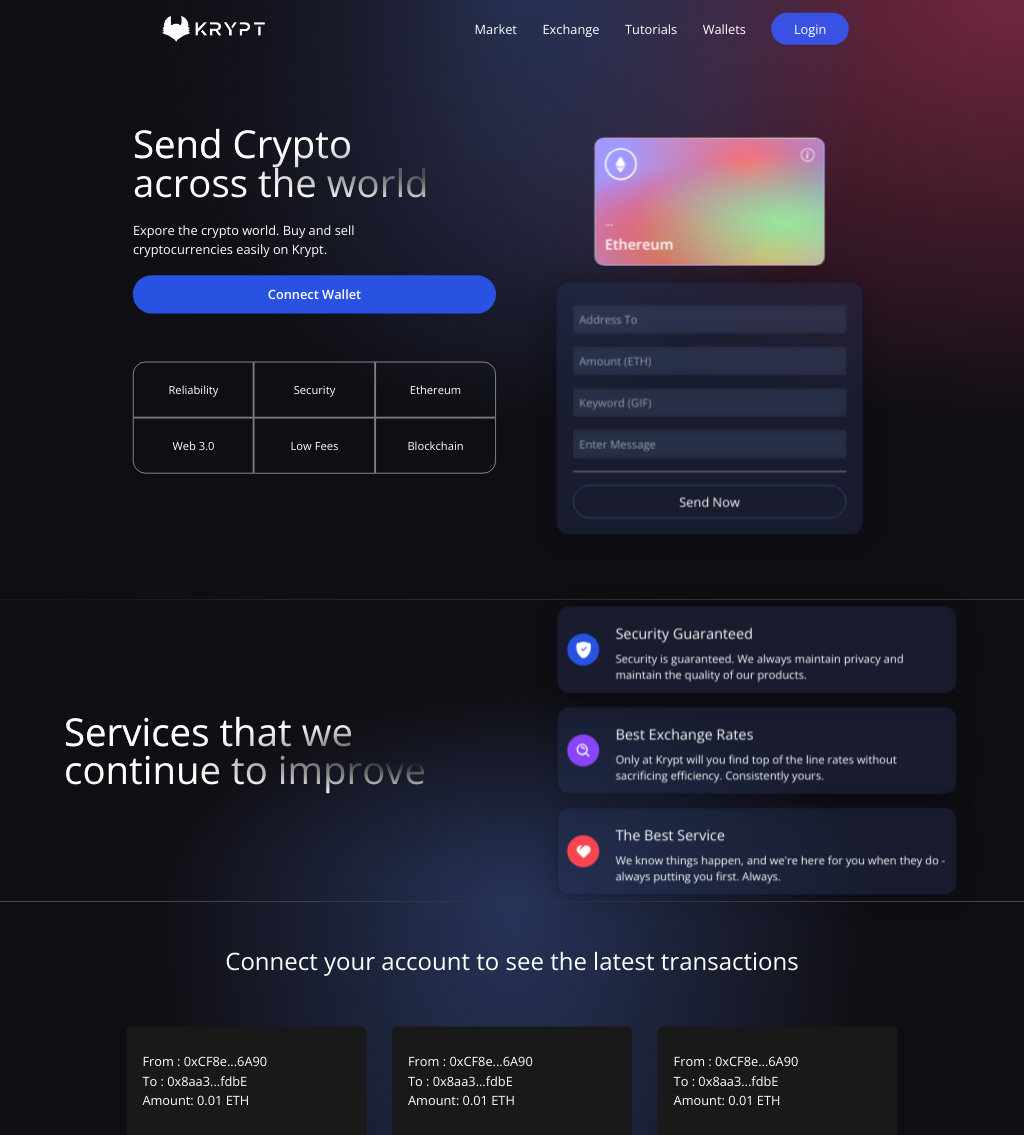
Repository: stephan-chiorean/krypt
Page: / (app in client/)
The author's editor kept a copy of each file at every save. The page is drawn from the files as they stood at one save, then again after the next save.
The browser window is 1280 px wide. The pictures show the part of the page from y = 0 to 1419 px (the page is 2400 px tall), at 80% of full size.
Pictures or frames that could not be fetched are drawn as grey boxes. The project was rebuilt for these pictures with package versions that can differ from the ones it lists, and the page was loaded fresh each time. Also part of the build but not shown: client/vite.config.js, client/src/components/Loader.jsx.

Above is the page before, as saved 2023-03-29 21:35:48.

### client/src/main.jsx
import React from 'react'
import ReactDOM from 'react-dom/client'
import App from './App'
import {TransactionProvider} from './context/TransactionContext';
import './index.css'

ReactDOM.createRoot(document.getElementById('root')).render(
  <TransactionProvider>
  <React.StrictMode>
    <App />
  </React.StrictMode>
  </TransactionProvider>,
)

### client/src/App.jsx
import {Navbar, Welcome, Footer, Services, Transactions} from './components';

const App = () => {

  return (
    <div className="min-h-screen">
      <div className="gradient-bg-welcome">
        <Navbar/>
        <Welcome/>
      </div>
      <Services/>
      <Transactions/>
      <Footer/>
    </div>
  )
}

export default App

### client/src/context/TransactionContext.jsx
import React, { useState, useEffect } from 'react';
import * as ethers from 'ethers';
import { contractABI, contractAddress } from '../utils/constants';
import toast from 'react-hot-toast';

export const TransactionContext = React.createContext();

const { ethereum } = window;

const getEthereumContract = () => {
    console.log(ethers)
  const provider = new ethers.providers.Web3Provider(ethereum);
  const signer = provider.getSigner();
  const transactionContract = new ethers.Contract(
    contractAddress,
    contractABI,
    signer
  );

  return transactionContract;

//   console.log({
//     provider,
//     signer,
//     transactionContract,
//   });
};

export const TransactionProvider = ({ children }) => {
  const [connectedAccount, setConnectedAccount] = useState('');
  const [formData, setFormData] = useState({ addressTo: '', amount: 0, keyword: '', message: ''});
  const [isLoading, setIsLoading] = useState(false);
  const [transactionCount, setTransactionCount] = useState(localStorage.getItem('transactionCount'));

  const handleChange = (e, name) => {
    setFormData((prevState) => ({...prevState, [name]: e.target.value}));
  }

  const checkIfWalletIsConnected = async () => {
    try {
      if (!ethereum) return alert('Please install metamask');

      const accounts = await ethereum.request({ method: 'eth_accounts' });
      if (accounts.length) {
        setConnectedAccount(accounts[0]);
      } else {
        console.log('No accounts found');
      }
      console.log(accounts);
    } catch (err) {
      console.error(err);
      throw new Error('No ethereum object');
    }
  };
  const disconnectWallet = async () => {
    setConnectedAccount('')
    console.log('DISCONNECTED');
    window.location.reload();
  }

  const connectWallet = async () => {
    try {
      if (!ethereum) return alert('Please install metamask');

      // Display loading toast
      const loadingToast = toast.loading('Connecting...');

      const accounts = await ethereum.request({
        method: 'eth_requestAccounts',
      });

      setConnectedAccount(accounts[0]);
      console.log('CONNECTED', connectedAccount);

      // Dismiss loading toast and show a success toast
      toast.dismiss(loadingToast);
      toast.success('Connected successfully');
    } catch (err) {
      console.error(err);
      // Dismiss loading toast and show an error toast
      toast.dismiss(loadingToast);
      toast.error('Error connecting to wallet');
      throw new Error('No ethereum object.');
    }
  };


  const sendTransaction = async() => {
    try {
        if(!ethereum) return alert("Please install metamask");
        const {addressTo, amount, keyword, message} = formData;
        const transactionContract = getEthereumContract();
        const parsedAmount = ethers.utils.parseEther(amount);

        await ethereum.request({
            method: 'eth_sendTransaction',
            params: [{
                from: connectedAccount,
                to: addressTo,
                gas: '0x5208', //21000 gwei
                value: parsedAmount._hex,
            }]
        })

        const transactionHash = await transactionContract.addToBlockchain(addressTo, parsedAmount, message, keyword);
        setIsLoading(true);
        console.log(`Loading - ${transactionHash.hash}`);
        await transactionHash.wait();
        setIsLoading(false);
        console.log(`Success - ${transactionHash.hash}`)

        const transactionCount = await transactionContract.getTransactionCount();
        setTransactionCount(transactionCount.toNumber())


    } catch(err) {
        console.error(err);
    }
  }

  useEffect(() => {
    // checkIfWalletIsConnected();
    console.log("PRINT WHEN LOAD", connectedAccount)
  }, [connectedAccount]);
  return (
    <TransactionContext.Provider value={{ connectWallet, connectedAccount, formData, setFormData, handleChange, sendTransaction, disconnectWallet }}>
      {children}
    </TransactionContext.Provider>
  );
};

### client/src/components/index.js
export {default as Loader} from './Loader';
export {default as Navbar} from './Navbar';
export {default as Footer} from './Footer';
export {default as Welcome} from './Welcome';
export {default as Transactions} from './Transactions';
export {default as Services} from './Services';

### client/src/utils/constants.js
import abi from './Transactions.json';

export const contractABI = abi.abi;
export const contractAddress = '0x48d319b761e733246BF575C86d399bB8EDdA6dEf';

### client/src/components/Navbar.jsx
import { HiMenuAlt4 } from 'react-icons/hi';
import { AiOutlineClose } from 'react-icons/ai';
import { useState } from 'react';
import { useContext } from 'react';
import logo from '../../images/logo.png';
import { TransactionContext } from '../context/TransactionContext';

const NavbarItem = ({ title, classProps }) => {
  return <li className={`mx-4 cursor-pointer ${classProps}`}>{title}</li>;
};
export default () => {
  const [toggleMenu, setToggleMenu] = useState(false);
  const {disconnectWallet, connectedAccount} = useContext(TransactionContext);
  return (
    <nav className='w-full flex md:justify-center justify-between items-center p-4'>
      <div className='md:flex-[0.5] flex-initial justify-center items-center'>
        <img src={logo} alt='logo' className='w-32 cursor-pointer' />
      </div>
      <ul className='text-white md:flex hidden list-none flex-row justify-between items-center flex-initial'>
        {['Market', 'Exchange', 'Tutorials', 'Wallets'].map((item, index) => (
          <NavbarItem key={item + index} title={item} />
        ))}
        <li onClick={disconnectWallet} className='bg-[#3952e3] py-2 px-7 mx-4 rounded-full cursor-pointer hover:bg-[#2546bd]'>
          {connectedAccount ? "Sign Out" : "Login"}
        </li>
      </ul>
      <div className='flex relative'>
        {toggleMenu ? (
          <AiOutlineClose
            fontSize={28}
            className='text-white md:hidden cursor-pointer'
            onClick={() => setToggleMenu(false)}
          />
        ) : (
          <HiMenuAlt4
            fontSize={28}
            className='text-white md:hidden cursor-pointer'
            onClick={() => setToggleMenu(true)}
          />
        )}
        {toggleMenu && (
          <ul className="z-10 fixed top-0 -right-2 p-3 w-[70vw] h-screen shadow-2xl md:hidden list-none flex flex-col justify-start items-end rounded-md blue-glassmorphism text-white animate-slide-in">
            <li className='text-xl w-full my-2'>
              <AiOutlineClose onClick={() => setToggleMenu(false)} className="cursor-pointer"/>
            </li>
            {['Market', 'Exchange', 'Tutorials', 'Wallets'].map(
              (item, index) => (
                <NavbarItem key={item + index} title={item} classProps="my-2 text-lg"/>
              )
            )}
          </ul>
        )}
      </div>
    </nav>
  );
};

### client/src/components/Footer.jsx
import React from 'react'
import logo from '../../images/logo.png';

export default() => {
  return (
    <div className="w-full flex md:justify-center justify-between items-center flex-col p-4 gradient-bg-footer">
      <div className="w-full flex sm:flex-row flex-col justify-between items-center my-4">
        <div className="flex flex-[0.5] justify-center items-center">
          <img src={logo} alt="logo" className="w-32"/>
        </div>
        <div className="flex flex-1 justify-evenly items-center flex-wrap sm:mt-0 mt-5 w-full">
          <p className="text-white text-base text-center mx-2 cursor-pointer">Market</p>
          <p className="text-white text-base text-center mx-2 cursor-pointer">Exchange</p>
          <p className="text-white text-base text-center mx-2 cursor-pointer">Tutorials</p>
          <p className="text-white text-base text-center mx-2 cursor-pointer">Wallets</p>

        </div>

      </div>
      <div className="flex justify-center items-center flex-col mt-5">
        <p className="text-white text-sm text-center">Built By</p>
        <p className="text-white text-sm text-center font-semibold">Stevie Productions</p>
      </div>

    </div>
  )
}

### client/src/components/Welcome.jsx
import { AiFillPlayCircle } from 'react-icons/ai';
import { SiEthereum } from 'react-icons/si';
import { BsInfoCircle } from 'react-icons/bs';
import { TransactionContext } from '../context/TransactionContext';
import React, { useContext } from 'react';
import { Loader } from './';
import {Toaster} from 'react-hot-toast';
import { shortenAddress } from '../utils/shortenAddress';
const commonStyles =
  'min-h-[70px] sm:px-0 px-2 sm:min-w-[120px] flex justify-center items-center border-[0.5px] border-gray-400 text-sm font-light text-white';

const Input = ({ placeholder, name, type, value, handleChange }) => (
  <input
    placeholder={placeholder}
    type={type}
    step='0.0001'
    value={value}
    onChange={(e) => handleChange(e, name)}
    className='my-2 w-full rounded-sm p-2 outline-none text-white border-none text-sm white-glassmorphism'
  />
);
export default () => {
  const {
    connectWallet,
    connectedAccount,
    formData,
    sendTransaction,
    handleChange,
    disconnectWallet,
  } = useContext(TransactionContext);
  const handleSubmit = (e) => {
    const { addressTo, amount, keyword, message } = formData;
    e.preventDefault();

    if (!addressTo || !amount || !keyword || !message) return;
    sendTransaction();
  };
  return (
    <div className='flex w-full justify-center items-center'>
      <Toaster/>
      <div className='flex md:flex-row flex-col items-start justify-between md:p-20 py-12 px-4'>
        <div className='flex flex-1 justify-start flex-col md:mr-10'>
          <h1 className='text-3xl sm:text-5xl text-white text-gradient py-1'>
            Send Crypto <br /> across the world
          </h1>
          <p className='text-left mt-5 text-white font-light md:w-9/12 w-11/12 text-base'>
            Expore the crypto world. Buy and sell cryptocurrencies easily on
            Krypt.
          </p>
          {!connectedAccount && (
            <button
              type='button'
              onClick={connectWallet}
              className='flex flex-row justify-center items-center my-5 bg-[#2952e3] p-3 rounded-full cursor-pointer hover:bg-[#2546bd]'
            >
              <p className='text-white text-base font-semibold'>
                Connect Wallet
              </p>
            </button>
          )}

          <div className='grid sm:grid-cols-3 grid-cols-2 w-full mt-10'>
            <div className={`rounded-tl-2xl ${commonStyles}`}>Reliability</div>
            <div className={commonStyles}>Security</div>
            <div className={`sm:rounded-tr-2xl ${commonStyles}`}>Ethereum</div>
            <div className={`sm:rounded-bl-2xl ${commonStyles}`}>Web 3.0</div>
            <div className={commonStyles}>Low Fees</div>
            <div className={`rounded-br-2xl ${commonStyles}`}>Blockchain</div>
          </div>
        </div>

        <div className='flex flex-col flex-1 items-center justify-start w-full md:mt-0 mt-10'>
          <div className='p-3 justify-end items-start flex-col rounded-xl h-40 sm:w-72 w-full my-5 eth-card white-glassmorphism'>
            <div className='flex justify-between flex-col w-full h-full'>
              <div className='flex justify-between items-start'>
                <div className='w-10 h-10 rounded-full border-2 border-white flex justify-center items-center'>
                  <SiEthereum fontSize={21} color='#fff' />
                </div>
                <BsInfoCircle fontSize={17} color='#fff' />
              </div>
              <div>
                <p className='text-white font-light text-sm'>
                  {shortenAddress(connectedAccount)}
                </p>
                <p className='text-white font-semibold text-lg mt-1'>
                  Ethereum
                </p>
              </div>
            </div>
          </div>

          <div className='p-5 sm:w-96 w-full flex flex-col justify-start items-center blue-glassmorphism'>
            <Input
              placeholder='Address To'
              name='addressTo'
              type='text'
              handleChange={handleChange}
            />
            <Input
              placeholder='Amount (ETH)'
              name='amount'
              type='number'
              handleChange={handleChange}
            />
            <Input
              placeholder='Keyword (GIF)'
              name='keyword'
              type='text'
              handleChange={handleChange}
            />
            <Input
              placeholder='Enter Message'
              name='message'
              type='text'
              handleChange={handleChange}
            />
            <div className='h-[1px] w-full bg-gray-400 my-2' />
            {false ? (
              <Loader />
            ) : (
              <button
                type='submit'
                onClick={handleSubmit}
                className='text-white w-full mt-2 border-[1px] p-2 border-[#3d4f7c] rounded-full cursor-pointer'
              >
                Send Now
              </button>
            )}
          </div>
        </div>
      </div>
    </div>
  );
};

### client/src/components/Transactions.jsx
import React from 'react';
import { useContext } from 'react';
import { TransactionContext } from '../context/TransactionContext';
import dummyData from '../utils/dummyData';
import { shortenAddress } from '../utils/shortenAddress';
import useFetch from '../hooks/useFetch';

const TransactionCard = ({
  addressTo,
  addressFrom,
  timestamp,
  message,
  keyword,
  amount,
  url,
}) => {
  const gifUrl = useFetch({ keyword });
  return (
    <div className='bg-[#181918] m-4 flex flex-1 2xl:min-w-[450px] 2xl:max-w-[500px] sm:min-w-[270px] sm:max-w-[300px] flex-col p-3 rounded-md hover:shadow-2xl'>
      <div className='flex flex-col items-center w-full mt-3'>
        <div className='justify-start w-full mb-6 p-2'>
          <a
            href={`https://sepolia.etherscan.io/address/${addressFrom}`}
            target='_blank'
            rel='noopener noreferrer'
          >
            <p className='text-white text-base'>
              From : {shortenAddress(addressFrom)}
            </p>
          </a>
          <a
            href={`https://sepolia.etherscan.io/address/${addressTo}`}
            target='_blank'
            rel='noopener noreferrer'
          >
            <p className='text-white text-base'>
              To : {shortenAddress(addressTo)}
            </p>
          </a>
          <p className='text-white text-base'>Amount: {amount} ETH</p>
          {message && (
            <>
              <br />
              <p className='text-white text-base'>Message: {message}</p>
            </>
          )}
        </div>
        <img
          src={gifUrl || url}
          alt='gif'
          className='w-full h-64 2xl:h-96 rounded-md shadow-lg object-cover'
        />

        <div className='bg-black p-3 px-5 w-max rounded-3xl -mt-5 shadow-2xl'>
          <p className='text-[#37c7da] font-bold'>{timestamp}</p>
        </div>
      </div>
    </div>
  );
};
export default () => {
  const { connectedAccount } = useContext(TransactionContext);
  return (
    <div className='flex w-full justify-center items-center 2xl:px-20 gradient-bg-transactions'>
      <div className='flex flex-col md:p-12 py-12 px-4'>
        {connectedAccount ? (
          <h3 className='text-white text-3xl text-center my-2'>
            Latest Transactions
          </h3>
        ) : (
          <h3 className='text-white text-3xl text-center my-2'>
            Connect your account to see the latest transactions
          </h3>
        )}
        <div className='flex flex-wrap justify-center items-center mt-10'>
          {dummyData.reverse().map((transaction, index) => (
            <TransactionCard key={index} {...transaction} />
          ))}
        </div>
        {/* Latest Transactions */}
        {/* Connect your account to see latest transactions */}
      </div>
    </div>
  );
};

### client/src/components/Services.jsx
import React from 'react';
import { BsShieldFillCheck } from 'react-icons/bs';
import { BiSearchAlt } from 'react-icons/bi';
import { RiHeart2Fill } from 'react-icons/ri';

const ServiceCard = ({color, title, icon, subtitle}) => (
  <div className='flex flex-row md:w-[500px] justify-start items-center p-3 m-2 cursor-pointer blue-glassmorphism'>
    <div className={`w-10 h-10 rounded-full flex justify-center items-center ${color}`}>
      {icon}
    </div>
    <div className="ml-5 flex flex-col flex-1">
      <h1 className="mt-2 text-white text-lg">{title}</h1>
      <p className="mt-2 text-white text-sm">{subtitle}</p>
    </div>
  </div>
);
export default () => {
  return (
    <div className='flex flex-col md:flex-row w-full justify-center items-center gradient-bg-services'>
      <div className='flex md:flex-row flex-col items-center justify-between md:p-20 py-12 px-4'>
        <div className='flex-1 flex flex-col justify-start items-start'>
          <h1 className='text-white text-3xl sm:text-5xl py-2 text-gradient'>
            Services that we
            <br />
            continue to improve
          </h1>
        </div>
      </div>
      <div className='flex-1 flex flex-col justify-start items-center'>
        <ServiceCard
          color='bg-[#2952e3]'
          title='Security Guaranteed'
          icon={<BsShieldFillCheck fontSize={21} className='text-white' />}
          subtitle="Security is guaranteed. We always maintain privacy and maintain the quality of our products."
        />
        <ServiceCard
          color='bg-[#8945f8]'
          title='Best Exchange Rates'
          icon={<BiSearchAlt fontSize={21} className='text-white' />}
          subtitle="Only at Krypt will you find top of the line rates without sacrificing efficiency. Consistently yours."
        />
        <ServiceCard
          color='bg-[#f84550]'
          title='The Best Service'
          icon={<RiHeart2Fill fontSize={21} className='text-white' />}
          subtitle="We know things happen, and we're here for you when they do - always putting you first. Always."
        />
      </div>
    </div>
  );
};

### client/src/utils/shortenAddress.js
export const shortenAddress = (address) => `${address.slice(0,6)}...${address.slice(address.length-4)}`

### client/src/utils/dummyData.js
export default [
    {
      id: 1,
      url: "https://metro.co.uk/wp-content/uploads/2015/05/pokemon_crying.gif?quality=90&strip=all&zoom=1&resize=500%2C284",
      message: "",
      timestamp: "12/21/2021, 4:33:21 PM",
      addressFrom: "0xCF8e569A97C423952DdFf902375C7C76549A6A90",
      amount: "0.01",
      addressTo: "0x8aa395Ab97837576aF9cd6946C79024ef1acfdbE",
    },
    {
      id: 2,
      url: "https://media4.popsugar-assets.com/files/2013/11/07/832/n/1922398/eb7a69a76543358d_28.gif",
      message: "",
      timestamp: "12/21/2021, 4:33:21 PM",
      addressFrom: "0xCF8e569A97C423952DdFf902375C7C76549A6A90",
      amount: "0.01",
      addressTo: "0x8aa395Ab97837576aF9cd6946C79024ef1acfdbE",
    },
    {
      id: 3,
      url: "https://acegif.com/wp-content/uploads/gif-shaking-head-38.gif",
      message: "",
      timestamp: "12/21/2021, 4:33:21 PM",
      addressFrom: "0xCF8e569A97C423952DdFf902375C7C76549A6A90",
      amount: "0.01",
      addressTo: "0x8aa395Ab97837576aF9cd6946C79024ef1acfdbE",
    },
    {
      id: 4,
      url: "https://i.pinimg.com/originals/68/a0/9e/68a09e774e98242871c2db0f99307420.gif",
      message: "",
      timestamp: "12/21/2021, 4:33:21 PM",
      addressFrom: "0xCF8e569A97C423952DdFf902375C7C76549A6A90",
      amount: "0.01",
      addressTo: "0x8aa395Ab97837576aF9cd6946C79024ef1acfdbE",
    },
    {
      id: 5,
      url: "https://i.pinimg.com/originals/73/d3/a1/73d3a14d212314ab1f7268b71d639c15.gif",
      message: "",
      timestamp: "12/21/2021, 4:33:21 PM",
      addressFrom: "0xCF8e569A97C423952DdFf902375C7C76549A6A90",
      amount: "0.01",
      addressTo: "0x8aa395Ab97837576aF9cd6946C79024ef1acfdbE",
    },
    {
      id: 6,
      url: "https://www.omnisend.com/blog/wp-content/uploads/2016/09/funny-gifs-9.gif",
      message: "",
      timestamp: "12/21/2021, 4:33:21 PM",
      addressFrom: "0xCF8e569A97C423952DdFf902375C7C76549A6A90",
      amount: "0.01",
      addressTo: "0x8aa395Ab97837576aF9cd6946C79024ef1acfdbE",
    },
  ];

### client/src/hooks/useFetch.jsx
import { useState } from "react";
import { useEffect } from "react";

const API_KEY = import.meta.env.VITE_GIPHY_API;
const useFetch = ({keyword}) => {
    const [gifUrl, setGifUrl] = useState("")

    const fetchGifs = async() => {
        try {
            const response = await fetch(`https://api.giphy.com/v1/gifs/search?api_key=${API_KEY}&q=${keyword.split(" ").join("")}&limit=1`)

            const {data} = await response.json();

            setGifUrl(data[0]?.images?.downsized_medium?.url)
        } catch(err) {
            console.error(err);
        }
    }
    useEffect(() => {
        if(keyword) fetchGifs();
    }, [keyword])

    return gifUrl;
}

export default useFetch;

Loaded but not shown: client/index.html (common file); client/src/index.css (common file); client/tailwind.config.js (common file); client/src/utils/Transactions.json (140 lines, source omitted)

After the next save:
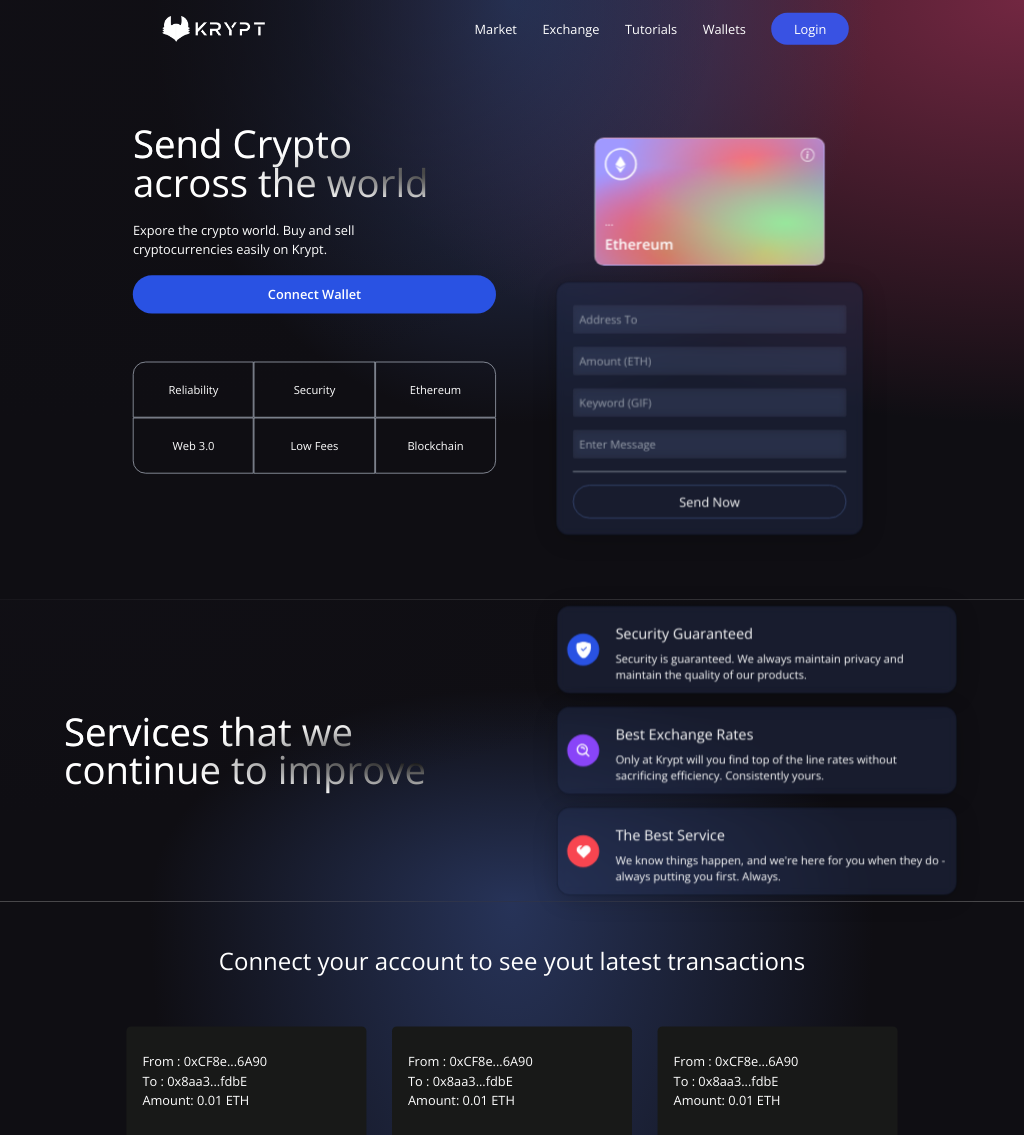
Saved 66 s later.
--- a/client/src/components/Transactions.jsx
+++ b/client/src/components/Transactions.jsx
@@ -65,11 +65,11 @@ export default () => {
       <div className='flex flex-col md:p-12 py-12 px-4'>
         {connectedAccount ? (
           <h3 className='text-white text-3xl text-center my-2'>
-            Latest Transactions
+            Your latest transactions
           </h3>
         ) : (
           <h3 className='text-white text-3xl text-center my-2'>
-            Connect your account to see the latest transactions
+            Connect your account to see yout latest transactions
           </h3>
         )}
         <div className='flex flex-wrap justify-center items-center mt-10'>
